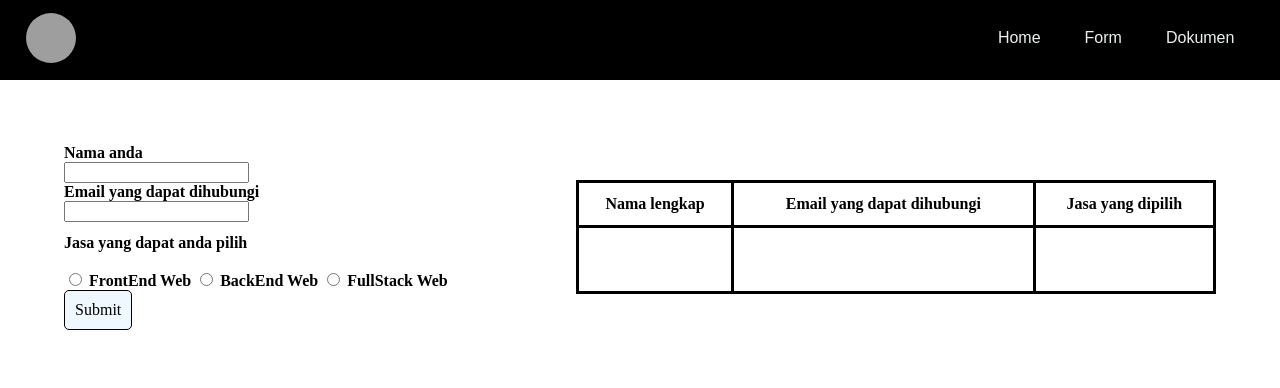
Repository: zecht12/TimModul
Page: TimModul.html
These files come from the project's save history. The page is drawn as it stood at one moment and after a run of saves; the edit follows.
The browser window is 1280 px wide. The pictures show the whole page.
Pictures or frames that could not be fetched are drawn as grey boxes.

Above is the page before, as saved 2023-03-14 13:42:32.

After the next 5 saves:
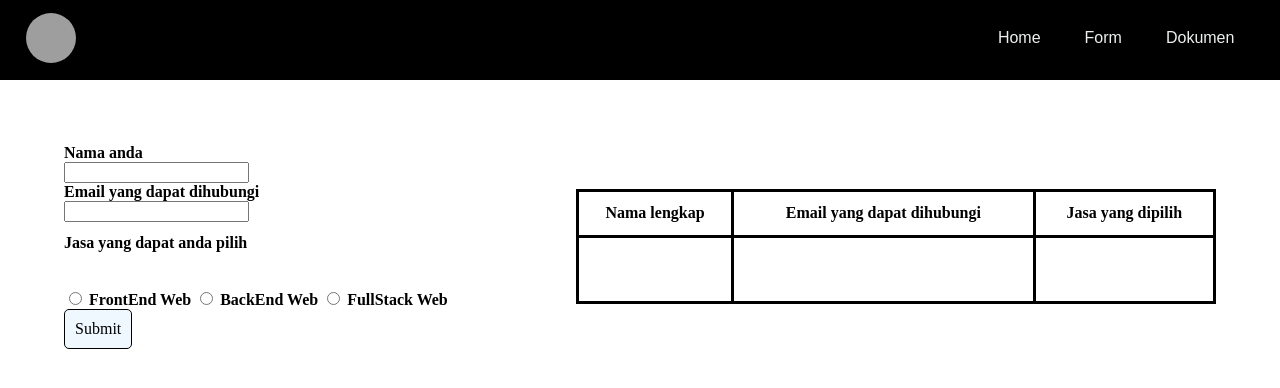
The 5 saves are shown as one change because they came seconds apart.
The last was saved 16 s later.
--- a/TimModul.html
+++ b/TimModul.html
@@ -27,7 +27,7 @@
             <input type="text" id="Email" name="Email" class="Email"><br>
 
             <p for="Pilihan" class="Pilihan">Jasa yang dapat anda pilih</p><br>
-            <div>
+            <div style="padding-top: 5%;">
                 <input type="radio" id="FrontEnd" name="fav_language" value="FrontEnd">
                 <label for="FrontEnd">FrontEnd Web</label>
 
